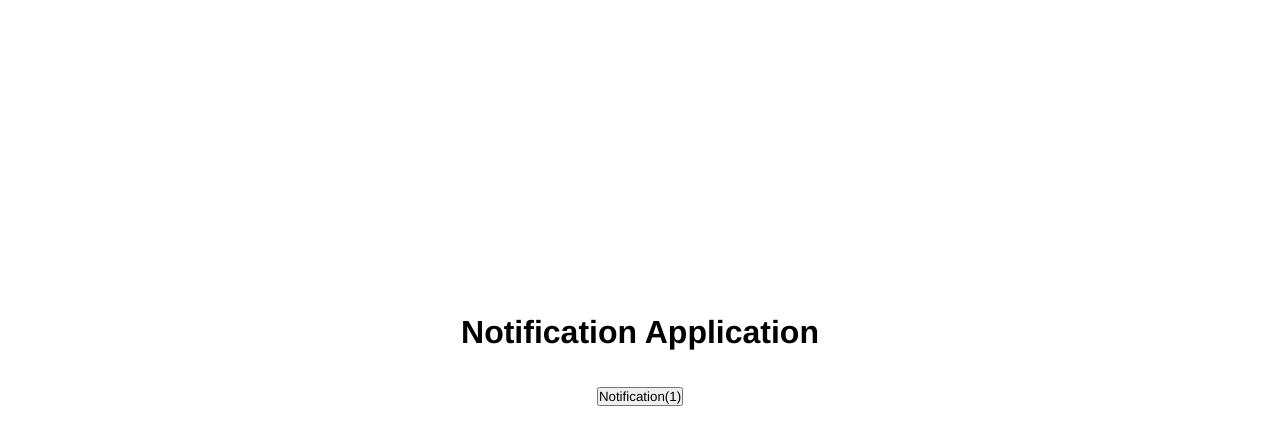
Repository: ThabangMpiti/notification3
Page: / (app in notipopu/)
These files come from the project's save history. The page is drawn as it stood at one moment and after the next save; the edit follows.
The browser window is 1280 px wide. The pictures show the whole page.
The project was rebuilt for these pictures with package versions that can differ from the ones it lists, and the page was loaded fresh each time.

Above is the page before, as saved 2023-07-17 02:57:55.

After the next save:
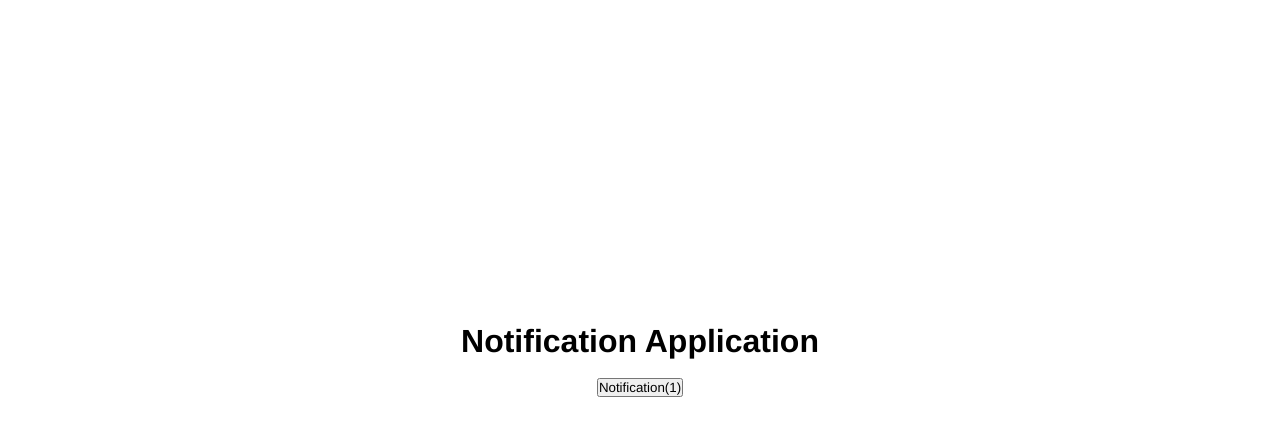
Saved 10 s later.
--- a/notipopu/src/App.js
+++ b/notipopu/src/App.js
@@ -5,7 +5,7 @@ function App() {
     <div className="App">
     <main>
       <h1>Notification Application</h1>
-      <br/><br/>
+      <br/>
       <button>Notification(1)</button>
       </main>
     </div>
